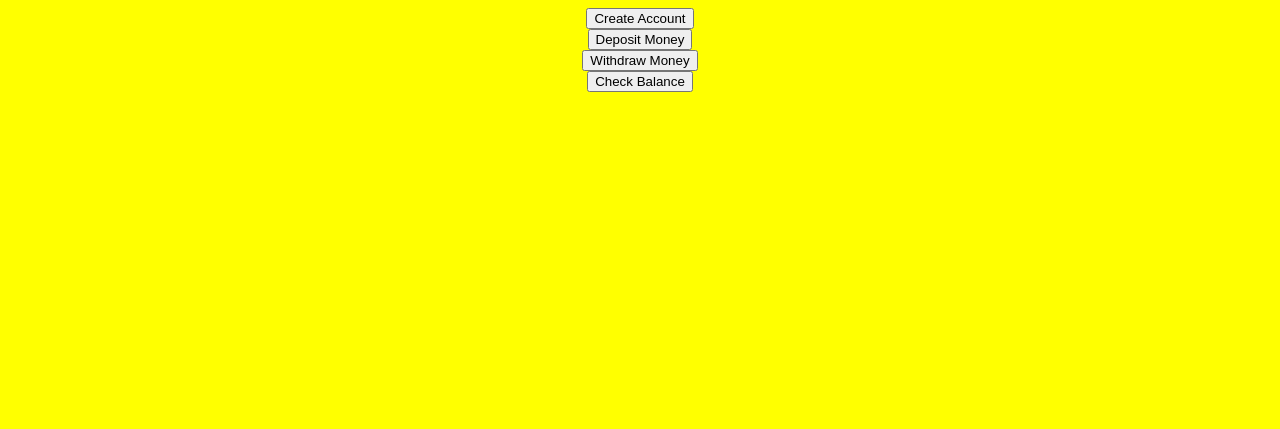
Repository: Surajkande2001/IGTSolution
Page: WebJSPProject1/src/main/webapp/Index.html
These files come from the project's save history. The page is drawn as it stood at one moment and after the next save; the edit follows.
The browser window is 1280 px wide. The pictures show the whole page.

Above is the page before, as saved 2023-07-02 09:08:19.

### WebJSPProject1/src/main/webapp/Index.html
<!DOCTYPE html>
<html>

<head>
	<meta charset="ISO-8859-1">
	<title>Insert title here</title>
</head>

<body bgcolor="yellow">

	<div style="text-align:center">

		<form action="Create.html">

			<input type="submit" value="Create Account"><br>

		</form>
		<form action="Depoist.html">

			<input type="submit" value="Deposit Money"><br>

		</form>
		<form action="Withdraw.html">

			<input type="submit" value="Withdraw Money"><br>

		</form>
		<form action="Check.html">

			<input type="submit" value="Check Balance"><br>

		</form>

	</div>

</body>

</html>

After the next save:
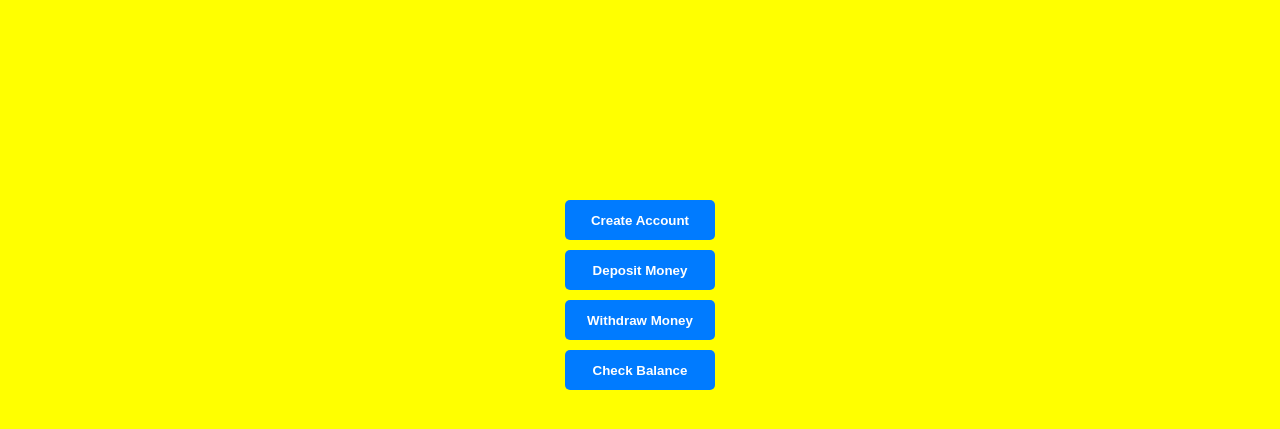
Saved 100 s later.
--- a/WebJSPProject1/src/main/webapp/Index.html
+++ b/WebJSPProject1/src/main/webapp/Index.html
@@ -3,34 +3,59 @@
 
 <head>
 	<meta charset="ISO-8859-1">
-	<title>Insert title here</title>
+	<title>Banking App</title>
+	<style>
+		body {
+			background-color: yellow;
+			font-family: Arial, sans-serif;
+			margin: 0;
+			padding: 0;
+		}
+
+		.container {
+			text-align: center;
+			margin-top: 200px;
+		}
+
+		.container form {
+			margin-bottom: 10px;
+		}
+
+		.container input[type="submit"] {
+			width: 150px;
+			height: 40px;
+			border-radius: 5px;
+			border: none;
+			background-color: #007bff;
+			color: #ffffff;
+			font-weight: bold;
+			cursor: pointer;
+		}
+
+		.container input[type="submit"]:hover {
+			background-color: #0056b3;
+		}
+	</style>
 </head>
 
-<body bgcolor="yellow">
+<body>
 
-	<div style="text-align:center">
-
+	<div class="container">
 		<form action="Create.html">
-
-			<input type="submit" value="Create Account"><br>
-
-		</form>
-		<form action="Depoist.html">
-
-			<input type="submit" value="Deposit Money"><br>
-
-		</form>
-		<form action="Withdraw.html">
-
-			<input type="submit" value="Withdraw Money"><br>
-
-		</form>
-		<form action="Check.html">
-
-			<input type="submit" value="Check Balance"><br>
-
+			<input type="submit" value="Create Account">
 		</form>
 
+		<form action="Depoist.html">
+			<input type="submit" value="Deposit Money">
+		</form>
+
+		<form action="Withdraw.html">
+			<input type="submit" value="Withdraw Money">
+		</form>
+
+		<form action="Check.html">
+			<input type="submit" value="Check Balance">
+		</form>
 	</div>
 
 </body>
